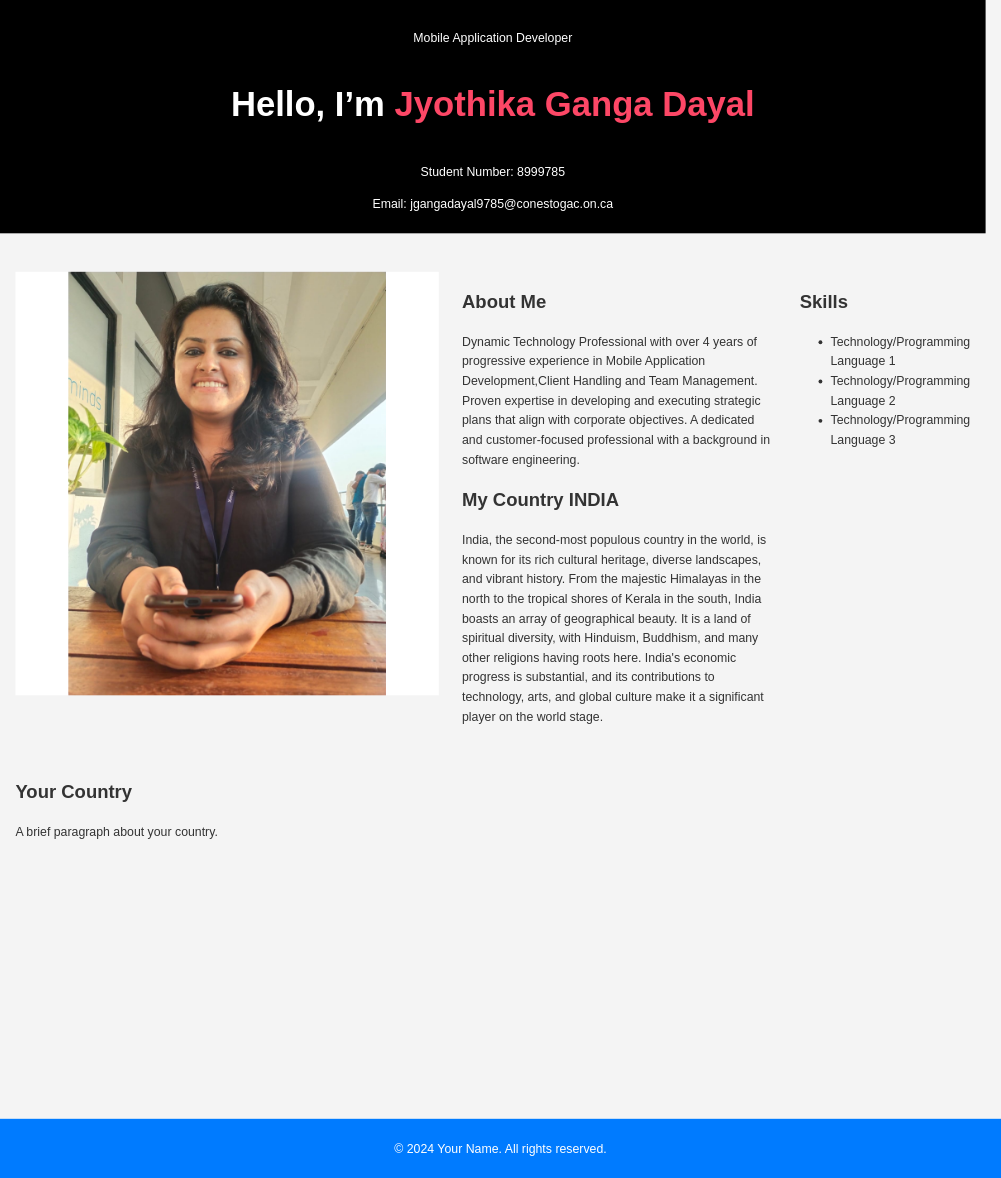
Repository: jyothika123/portfolio
Page: index.html
The author's editor kept a copy of each file at every save. The page is drawn from the files as they stood at one save, then again after the next save.
The browser window is 1280 px wide. The page is 1300 px wide, so the pictures cover 1300 px, including what lies to the right of the window. The pictures show the whole page, at 77% of full size.
Pictures or frames that could not be fetched are drawn as grey boxes.

Above is the page before, as saved 2024-09-22 16:41:14.

### index.html
<!DOCTYPE html>
<html lang="en">
<head>
    <meta charset="UTF-8">
    <meta name="viewport" content="width=device-width, initial-scale=1.0">
    <link rel="stylesheet" href="css/style.css">
    <title>Jyothika Ganga Dayal</title>
</head>
<body>
    <header>
        <div class="content">
            <br>
            <span class="title">Mobile Application Developer</span>
            <h1>Hello, I’m <span>Jyothika Ganga Dayal</span></h1>
            <p>Student Number: 8999785</p>
            <p>Email: jgangadayal9785@conestogac.on.ca</p>
        </div>
    </header>
    <main>
        <section class="box">
            <section class="bio">
                <div>
                    <img src="images/image.PNG" alt="A photo representing me" class="profile">
                </div>
                <div>
                    <h2>About Me</h2>
                    <p>Dynamic Technology Professional with over 4 years of progressive experience
                        in Mobile Application Development,Client Handling and Team Management. Proven
                        expertise in developing and executing strategic plans that align with
                        corporate objectives. A dedicated and customer-focused professional with a
                        background in software engineering. </p>
                    <h2>My Country <span class="country">INDIA</span> </h2>
                    <p>India, the second-most populous country in the world, is known for its rich cultural heritage, diverse landscapes, and vibrant history. From the majestic Himalayas in the north to the tropical shores of Kerala in the south, India boasts an array of geographical beauty. It is a land of spiritual diversity, with Hinduism, Buddhism, and many other religions having roots here. India's economic progress is substantial, and its contributions to technology, arts, and global culture make it a significant player on the world stage.</p>

                </div>

            </section>
            <section>
                <h2>Skills</h2>
                <ul>
                    <li>Technology/Programming Language 1</li>
                    <li>Technology/Programming Language 2</li>
                    <li>Technology/Programming Language 3</li>
                </ul>
            </section>
            <section class="country">
                <h2>Your Country</h2>
                <p>A brief paragraph about your country.</p>
                <iframe width="560" height="315" src="https://www.youtube.com/embed/your_video_id"
                        title="Interesting video about me/country/skills"
                        frameborder="0" allowfullscreen></iframe>
            </section>
        </section>
    </main>
    <aside>

    </aside>
    <footer>
        <p>&copy; 2024 Your Name. All rights reserved.</p>
    </footer>
</body>
</html>

### css/style.css


body {
    font-family: Arial, sans-serif;
    line-height: 1.6;
    margin: 0;
    padding: 0;
    color: #333;
    background-color: #f4f4f4;
}

header {
    background: #000000;
    color: #fff;
    padding: 10px;
    text-align: center;
}

main {
    display: flex;
    justify-content: space-between;
    padding: 20px;
}

.bio {
    display: grid;
    grid-template-columns: 1fr 3fr;
    gap:30px;
}

.country {
    flex: 3;
}

footer {
    background: #007BFF;
    color: #fff;
    text-align: center;
    padding: 10px ;
    position: relative;
    bottom: 0;
    width: 100%;
}

.profile{
    width:550px;
    height: 550px;
}

.content h1 {
    color: #ffffff;
    font-size: 45px;
    font-weight: 900;
    line-height: 90px;
    text-transform: inherit;
    width: 100%;
  }
  .content h1 span {
    color: #fd4766;
  }
  .content p {
    width: 100%;
    color: #ffffff;
    margin-top: 5px;
    margin-bottom: 15px;
  }
  .box{
    margin-top: 30px;
    display: grid;
    grid-template-columns: 3.5fr 0.5fr;
    gap:30px;
  }

After the next save:
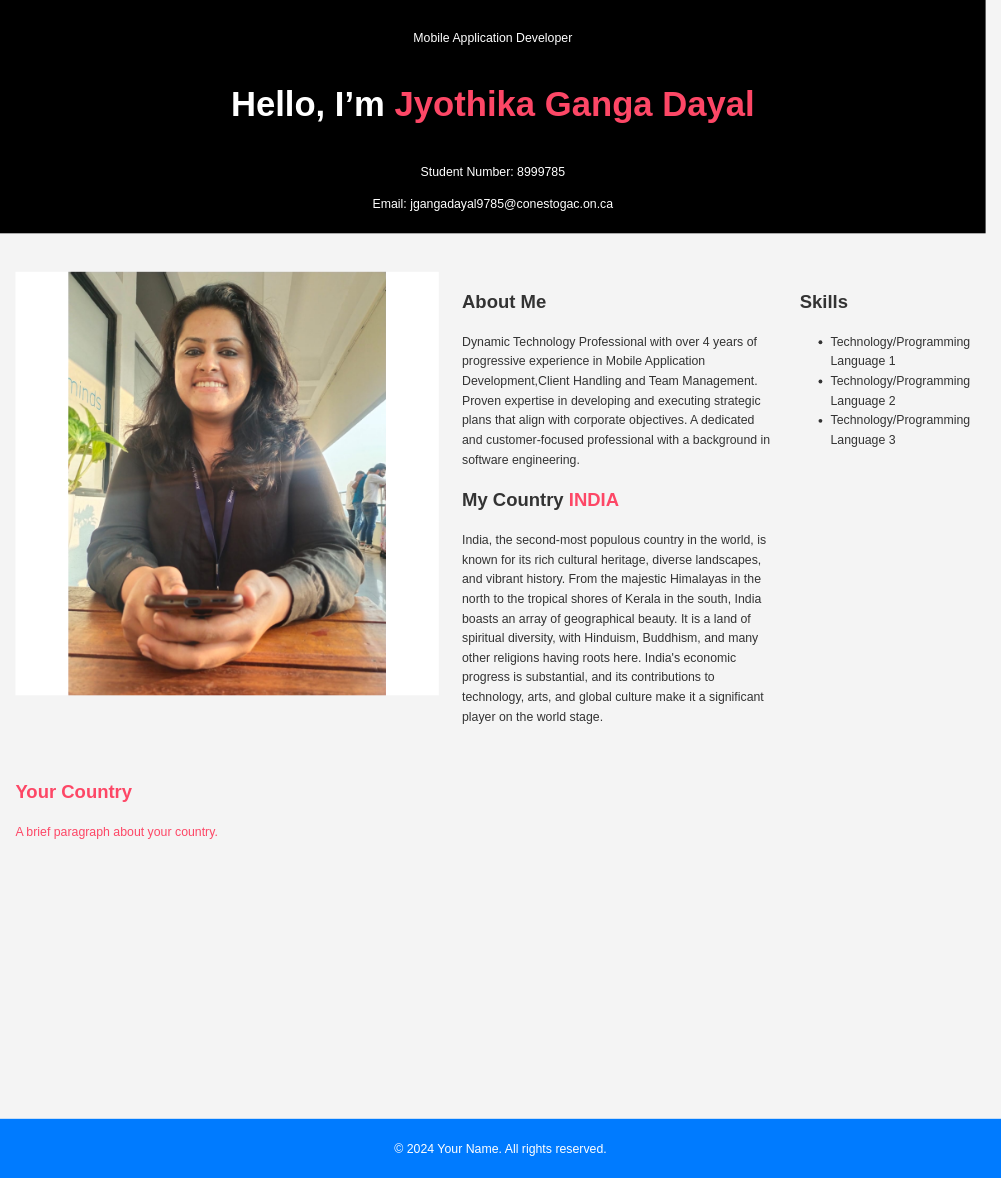
Saved 16 s later.
--- a/css/style.css
+++ b/css/style.css
@@ -70,3 +70,6 @@ footer {
     grid-template-columns: 3.5fr 0.5fr;
     gap:30px;
   }
+  .country{
+    color: #fd4766;
+  }
